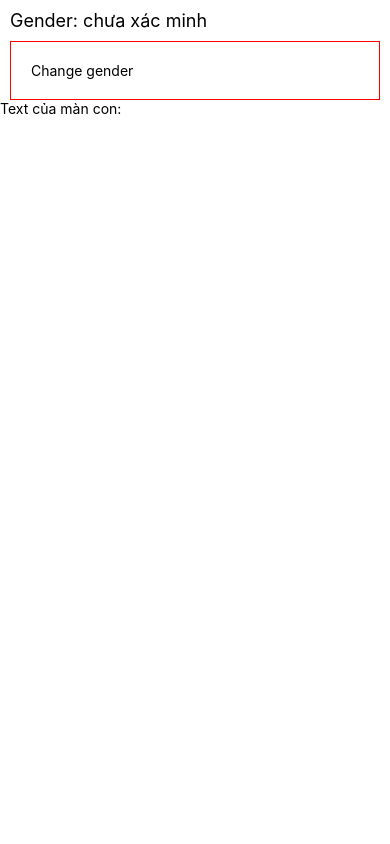
Repository: web345/test
Screen: /
An editor plug-in stored every save of this project. The screen is shown before and after the next save, followed by the edit.
The app was drawn by React Native's web renderer in a window 390 px wide. The project was rebuilt for these pictures with package versions that can differ from the ones it lists, and the page was loaded fresh each time.

Above is the screen before, as saved 2021-08-17 14:30:18.

### App.js
import React, {useState} from 'react'
import { View, Text, TextInput, TouchableOpacity, StyleSheet } from 'react-native'

export default function App() {


  const [gioitinh, setGioitinh]= useState("chưa xác minh");
  const [text1, settext1]= useState(" ");
  return (
    <View>
    <Text style={style.text} >Gender: {gioitinh}</Text>
    <TouchableOpacity style={style.button}><Text>Change gender</Text></TouchableOpacity>
    <Text>Text của màn con: {text1}</Text>
    </View>
  )
}

const style =StyleSheet.create({
  text: {
    fontSize: 18,
    margin: 10,
  },
  button: {
    borderWidth: 1,
    padding: 20,
    borderColor: "red",
    marginLeft: 10,
    marginRight: 10,
  },
});

After the next save:
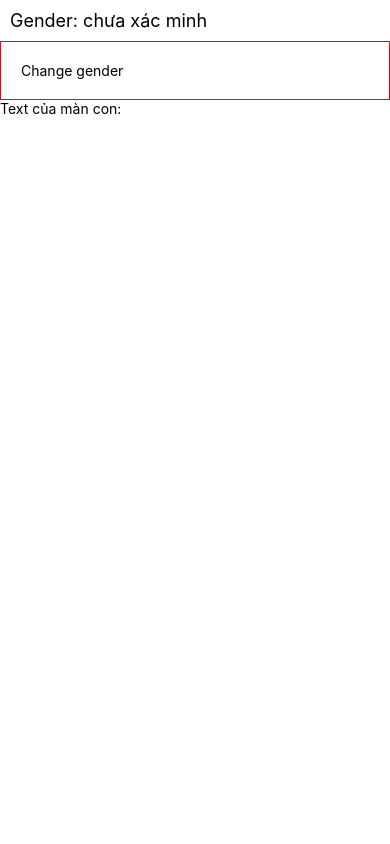
Saved 10 s later.
--- a/App.js
+++ b/App.js
@@ -24,7 +24,5 @@ const style =StyleSheet.create({
     borderWidth: 1,
     padding: 20,
     borderColor: "red",
-    marginLeft: 10,
-    marginRight: 10,
   },
 });
